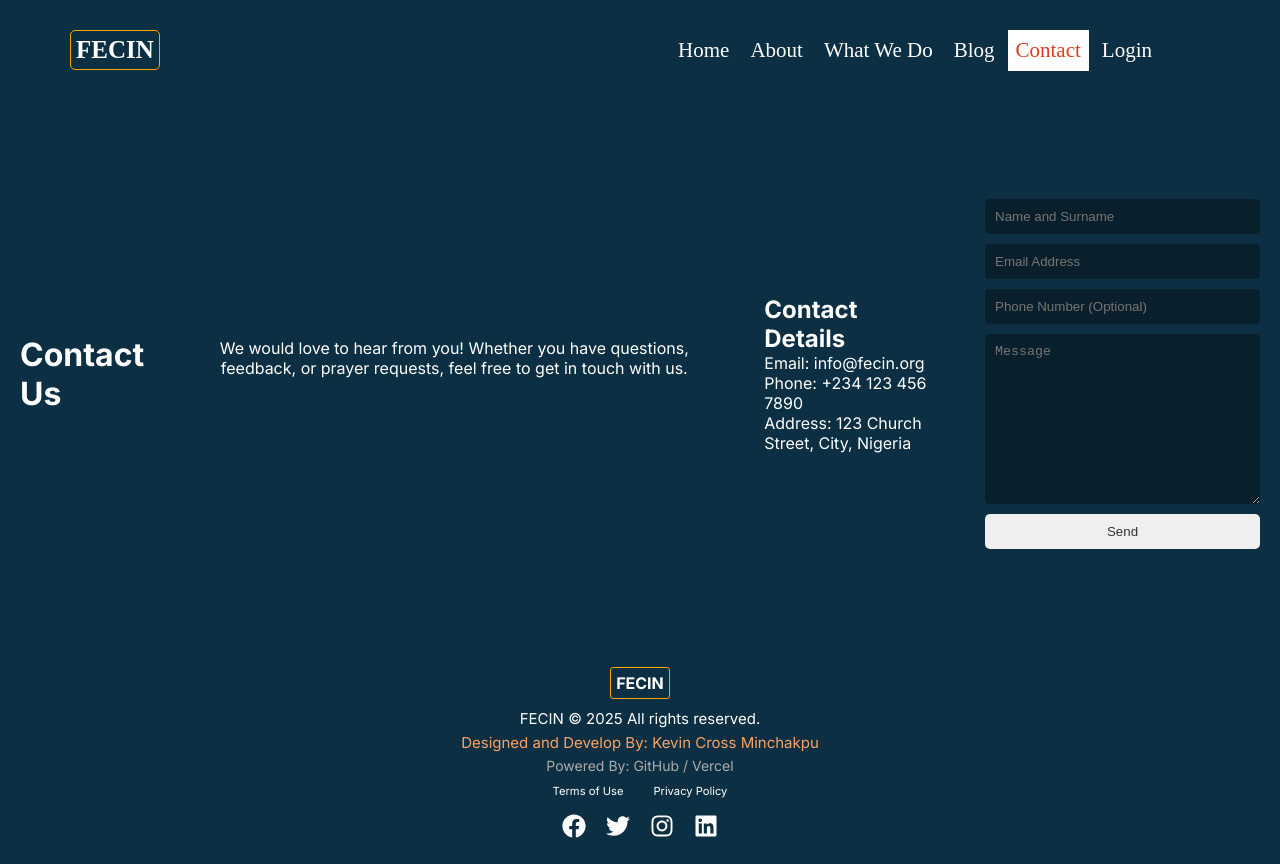
Repository: KCMinchakpu/fecin-projectgs497
Page: /contact
The author's editor kept a copy of each file at every save. The page is drawn from the files as they stood at one save, then again after the next save.
The browser window is 1280 px wide. The pictures show the whole page.
The page's requests for data from a server got no answer. The project was rebuilt for these pictures with package versions that can differ from the ones it lists, and the page was loaded fresh each time. Some packages were replaced by stand-ins written for this rebuild. The framework's server and built-in components were replaced by stand-ins that run in the browser. No one was signed in, and anything a server would have sent is missing. Queries for data that is not in the repository find no rows. Also part of the build but not shown: next.config.mjs.

Above is the page before, as saved 2025-04-12 12:57:37.

### src/app/layout.js
"use client";

import { Inter } from "next/font/google";
import "./globals.css";
import Navbar from "@/components/navbar/Navbar";
import Footer from "@/components/footer/Footer";
import { SessionProvider } from "next-auth/react"; // Import SessionProvider

const inter = Inter({ subsets: ["latin"] });

export default function RootLayout({ children }) {
  return (
    <html lang="en">
      <body className={inter.className}>
        <SessionProvider>
          <div className="container">
            <Navbar />
            {children}
            <Footer />
          </div>
        </SessionProvider>
      </body>
    </html>
  );
}

### src/app/contact/page.jsx
"use client";

import React from 'react';
import Image from 'next/image';
import styles from './contact.module.css';

const ContactPage = () => {

  const a = Math.random();
  console.log(a);

  return (
    <div className={styles.container}>
      <h1 className={styles.heading}>Contact Us</h1>
      <p className={styles.description}>
        We would love to hear from you! Whether you have questions, feedback, or prayer requests, feel free to get in touch with us.
      </p>

      {/* Contact Details Section */}
      <div className={styles.contactDetails}>
        <h2>Contact Details</h2>
        <p>Email: <a href="mailto:info@fecin.org">info@fecin.org</a></p>
        <p>Phone: +234 123 456 7890</p>
        <p>Address: 123 Church Street, City, Nigeria</p>
      </div>

      {/* Contact Form Section */}
      <div className={styles.formContainer}>
        <form action="" className={styles.form}>
          <input type="text" placeholder="Name and Surname" className={styles.input} />
          <input type="email" placeholder="Email Address" className={styles.input} />
          <input type="text" placeholder="Phone Number (Optional)" className={styles.input} />
          <textarea
            name=""
            id=""
            cols="30"
            rows="10"
            placeholder="Message"
            className={styles.textarea}
          ></textarea>
          <button className={styles.button} onClick={() => console.log("clicked")}>Send</button>
        </form>
      </div>
    </div>
  );
};

export default ContactPage;

### src/app/admin/users/[userId]/role/route.js
import dbConnect from '@/lib/dbConnect';
import User from '@/models/User';

export async function PATCH(req, { params }) {
  try {
    const { role } = await req.json();
    const { userId } = params;

    if (!role) {
      return new Response('Role is required', { status: 400 });
    }

    await dbConnect();

    const updatedUser = await User.findByIdAndUpdate(
      userId,
      { role },
      { new: true }
    );

    if (!updatedUser) {
      return new Response('User not found', { status: 404 });
    }

    return new Response('User role updated successfully', { status: 200 });
  } catch (error) {
    console.error('Error updating user role:', error);
    return new Response('Something went wrong', { status: 500 });
  }
}
// This code handles the PATCH request to update a user's role in the database.

### src/app/admin/users/route.js
import dbConnect from '@/lib/dbConnect';
import User from '@/models/User';

export async function GET() {
  try {
    await dbConnect();
    const users = await User.find();
    return new Response(JSON.stringify(users), { status: 200 });
  } catch (error) {
    console.error('Error fetching users:', error);
    return new Response('Something went wrong', { status: 500 });
  }
}

### src/app/globals.css
:root {
    --bg: #0c2f43;
    --text: white;
    --bgSoft: #091f2c;
    --textSoft: rgb(237, 232, 232);
    --btn: #de3c21;
    --bgWhite: white;
    --textGray: #444444;
}

/* Box sizing rules */
* {
    box-sizing: border-box;
    margin:0;
    padding: 0;
  }

/* Set core body defaults */
body {
    background-color: var(--bgWhite);
    color: var(--text);
  }

a {
    color: inherit;
    text-decoration: none;
}

.container {
  background-color: var(--bg);
  width: 100%; /* Default for small screens */
  margin: auto;
  padding-left: 20px;
  padding-right: 20px;
  min-height: 120vh;
  display: flex;
  flex-direction: column;
  justify-content: space-between;
}

.callnana {
    background-color: var(--bgWhite);
    color: var(--textGray);
    padding: 20px;
    border-radius: 8px;
    box-shadow: 0 4px 8px rgba(0, 0, 0, 0.1);
    margin-bottom: 20px;
    width: 400px;
    height: 200px;
    align-items: center;
    justify-items: center;
}

### src/components/navbar/Navbar.jsx
import React from 'react';
import Link from 'next/link';
import Links from "./links/Links";
import styles from "./navbar.module.css";

const Navbar = () => {
  return (
    <div className={styles.container}>
      <Link href="/" className={styles.logo}>FECIN</Link>
      <div>
        <Links />
      </div>
    </div>
  );
};

export default Navbar;

### src/components/footer/Footer.jsx
import React from 'react';
import styles from './footer.module.css';
import { FaFacebook, FaTwitter, FaInstagram, FaLinkedin } from 'react-icons/fa';

const Footer = () => {
  return (
    <div className={styles.container}>
      <div className={styles.logo}>
        {/* You can add a logo image here if needed */}
        <h2>FECIN</h2>
      </div>
      <div>
        <p className={styles.text}>FECIN © 2025 All rights reserved.</p>
        <p className={styles.author}>
          <a href="https://www.linkedin.com/in/kevin-cross-minchakpu-7897379a" target="_blank">Designed and Develop By: Kevin Cross Minchakpu</a>
          </p>
        <p className={styles.company}>
          <a href="https://octatesystems.github.io/OSNigeria/">Powered By: GitHub / Vercel</a>
          </p>
      </div>
      <div className={styles.links}>
        <a href="/terms" className={styles.link}>Terms of Use</a>
        <a href="/privacy" className={styles.link}>Privacy Policy</a>
      </div>
      <div className={styles.socialIcons}>
        <a href="https://facebook.com" target="_blank" rel="noopener noreferrer" className={styles.icon}>
          <FaFacebook />
        </a>
        <a href="https://twitter.com" target="_blank" rel="noopener noreferrer" className={styles.icon}>
          <FaTwitter />
        </a>
        <a href="https://instagram.com" target="_blank" rel="noopener noreferrer" className={styles.icon}>
          <FaInstagram />
        </a>
        <a href="https://linkedin.com" target="_blank" rel="noopener noreferrer" className={styles.icon}>
          <FaLinkedin />
        </a>
      </div>
    </div>
  );
};

export default Footer;

### src/app/contact/contact.module.css
.container {
    display: flex;
    align-items: center;
    gap: 50px;
  }

  .imgContainer {
    flex: 1;
    height: 500px;
    position: relative;
  }

  .img {
    object-fit: contain;
  }

  .formContainer {
    flex: 1;
  }

  .form {
    display: flex;
    flex-direction: column;
    gap: 10px;
  }

  .form input,
  .form textarea {
    padding: 10px;
    border-radius: 5px;
    border: none;
    outline: none;
    background-color: var(--bgSoft);
    color: var(--text);
  }

  .form button {
    padding: 10px;
    color: #333;
    border: none;
    border-radius: 5px;
    cursor: pointer;
  }

  .form button:hover {
    background-color: #046a81;
  }

  @media (min-width: 480px) {
    .Container {
      flex-direction: column;
    }
  }

  .description {
    text-align: center;
    margin-bottom: 2rem;
  }

### src/components/navbar/links/Links.jsx
"use client";

import React, { useState } from "react";
import { useSession } from "next-auth/react";
import Image from 'next/image';
import NavLink from "../navLink/NavLink";
import styles from "./links.module.css";

const links = [
  { title: "Home", path: "/" },
  { title: "About", path: "/about" },
  { title: "What We Do", path: "/whatwedo" },
  { title: "Blog", path: "/blog" },
  { title: "Contact", path: "/contact" },
];

const Links = () => {
  const [open, setOpen] = useState(false);
  const { data: session, status } = useSession();

  const isAdmin = session?.user?.role === "admin";

  return (
    <div className={styles.container}>
      <div className={styles.links}>
        {links.map((link) => (
          <NavLink item={link} key={link.title} />
        ))}

        {!session && status !== "loading" && (
          <NavLink item={{ title: "Login", path: "/login" }} />
        )}

        {session && isAdmin && (
          <NavLink item={{ title: "Admin", path: "/admin" }} />
        )}

        {session && (
          <form method="post" action="/api/auth/signout">
            <button className={styles.logout}>Logout</button>
          </form>
        )}
      </div>

      <Image
        className={styles.menuButton}
        src="/menu.png"
        alt="Hamburger menu"
        width={30}
        height={30}
        onClick={() => setOpen((prev) => !prev)}
      />

      {open && (
        <div className={styles.mobileLinks}>
          {links.map((link) => (
            <NavLink item={link} key={link.title} />
          ))}
        </div>
      )}
    </div>
  );
};

export default Links;

### src/components/navbar/navbar.module.css
.container {
    height: 100px;
    display: flex;
    align-items: center;
    justify-content: space-between;
}

.logo {
    font-size: 25px;
    font-weight: bold;
    font-family: "Play", serif;
    font-weight: 700;
    font-style: normal;
    border: 1.5px solid orange;
    padding: 5px;
    border-radius: 5px;
    margin-left: 50px;
}

### src/components/footer/footer.module.css
/* Footer Container */
.container {
    background-color: var(--bg);
    color: white;
    display: flex;
    flex-direction: column;
    align-items: center;
    justify-content: space-between;
    padding: 20px;
    text-align: center;
  }

  .logo h2 {
    font-size: 1rem;
    margin-bottom: 10px;
    border: 1px solid orange;
    padding: 5px;
    border-radius: 3px;
  }

  .text {
    margin-bottom: 5px;
    font-size: 15px;

  }
  .author {
    margin-bottom: 5px;
    font-size: 15px;
    color: rgb(250, 162, 99);
  }

  .company {
    margin-bottom: 5px;
    font-size: 14px;
    color: rgb(174, 172, 170);
  }

  .author:hover {
    text-decoration: underline;
  }

  .company:hover {
    text-decoration: underline;
  }

  .links {
    margin-bottom: 15px;
  }

  .link {
    color: white;
    margin: 0 15px;
    text-decoration: none;
    font-size: 0.7rem;
  }

  .link:hover {
    text-decoration: underline;
  }

  .socialIcons {
    display: flex;
    justify-content: center;
    gap: 20px;
  }

  .icon {
    font-size: 1.5rem;
    color: white;
    transition: color 0.3s ease;
  }

  .icon:hover {
    color: #0070f3;
  }


  @media (min-width: 768px) {
    .container {
      flex-direction: column;
      align-items: center;
      justify-content: space-around;
    }
  }

### src/components/navbar/navLink/navLink.jsx
"use client";

import React from "react";
import Link from "next/link";
import { usePathname } from "next/navigation";
import styles from "./navLink.module.css";

const NavLink = ({ item }) => {
  const pathName = usePathname();
  return (
    <Link
      href={item.path}
      className={`${styles.container} ${
        pathName === item.path ? styles.active : ""
      }`}
    >
      {item.title}
    </Link>
  );
};

export default NavLink;

### src/components/navbar/links/links.module.css
.links {
    display: flex;
    align-items: center;
    gap: 5px;
    font-family: "Play", serif;
    font-style: normal;
    margin-right: 100px;
    font-size: 21px;
}

.logout {
    padding: 5px;
    cursor: pointer;
    font-weight: bold;
    font-size: 15px;
}

.menuButton,
.mobileLinks {
   display: none;
  }

  @media (max-width: 480px){
    .links {
        display: none;
    }

    .menuButton {
        display: block;
        cursor: pointer;
      }

    .mobileLinks {
        position: absolute;
        top: 100px;
        right: 0;
        width: 50%;
        height: calc(100vh-100px);
        /*background-color: var(--bg);*/
       background-color: brown;
        display: flex;
        flex-direction: column;
        align-items: center;
        justify-content: center;
        gap: 10px;
      }
  }

### src/components/navbar/navLink/navLink.module.css
.container {
    padding: 8px;
    text-align: center;


}

.active {
    background-color: var(--text);
    color: var(--btn);
}

After the next save:
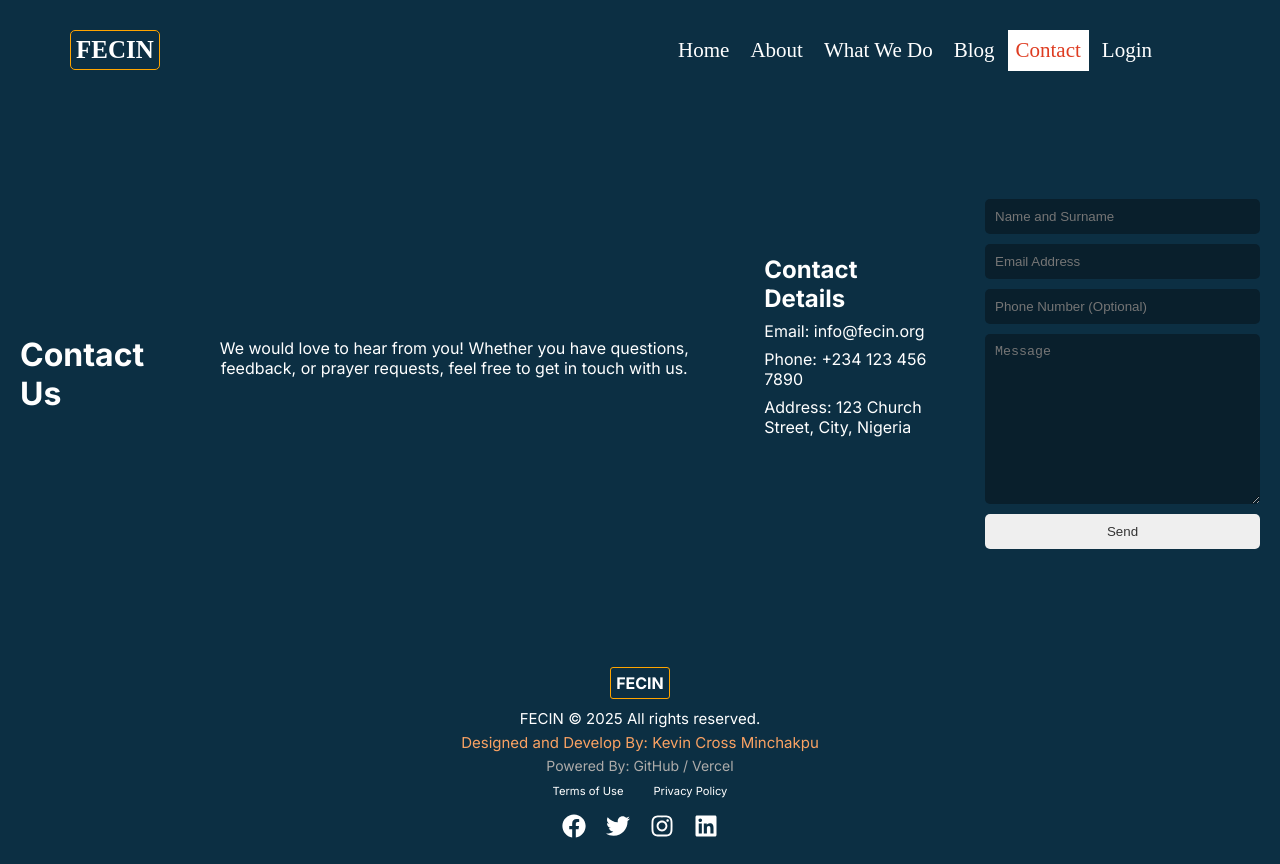
Saved 21 s later.
--- a/src/app/contact/contact.module.css
+++ b/src/app/contact/contact.module.css
@@ -56,3 +56,16 @@
     text-align: center;
     margin-bottom: 2rem;
   }
+
+  .contactDetails {
+    margin-bottom: 3rem;
+  }
+
+  .contactDetails h2 {
+    font-size: 1.5rem;
+  }
+
+  .contactDetails p {
+    font-size: 1rem;
+    margin: 0.5rem 0;
+  }
